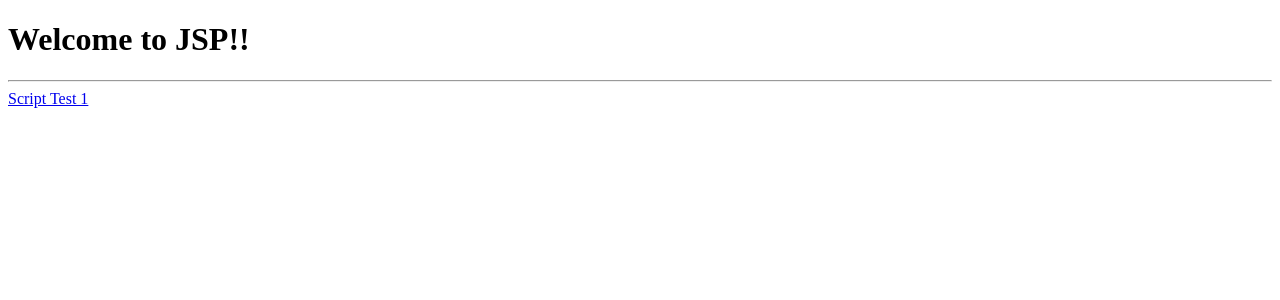
Repository: minjuleee/Server_study
Page: http://localhost/web/index.jsp
These files come from the project's save history. The page is drawn as it stood at one moment and after the next save; the edit follows.
The browser window is 1280 px wide. The pictures show the whole page.
The page is served by Tomcat 10.

Above is the page before, as saved 2025-11-17 08:07:57.

After the next save:
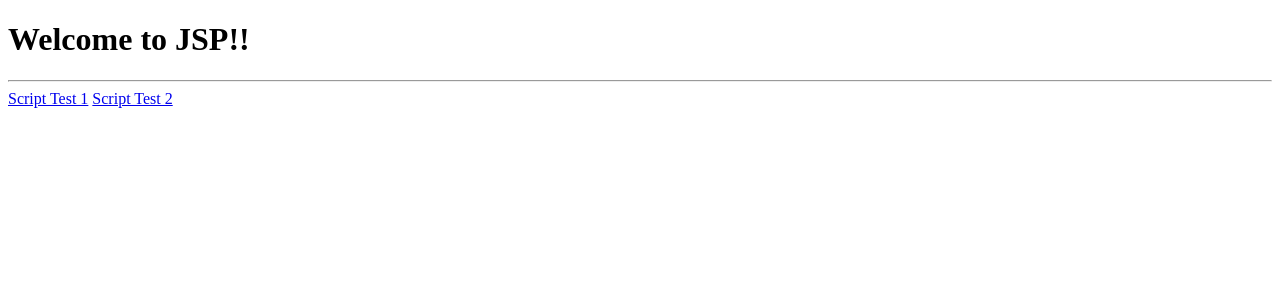
Saved 28 h 4 min later.
--- a/dev/web/src/main/webapp/index.jsp
+++ b/dev/web/src/main/webapp/index.jsp
@@ -11,5 +11,7 @@
 	<h1><%=title %></h1>
 	<hr>
 	<a href="01_script_test.jsp">Script Test 1</a>
+	<a href="02_script_test.jsp">Script Test 2</a>
+
 </body>
 </html>
